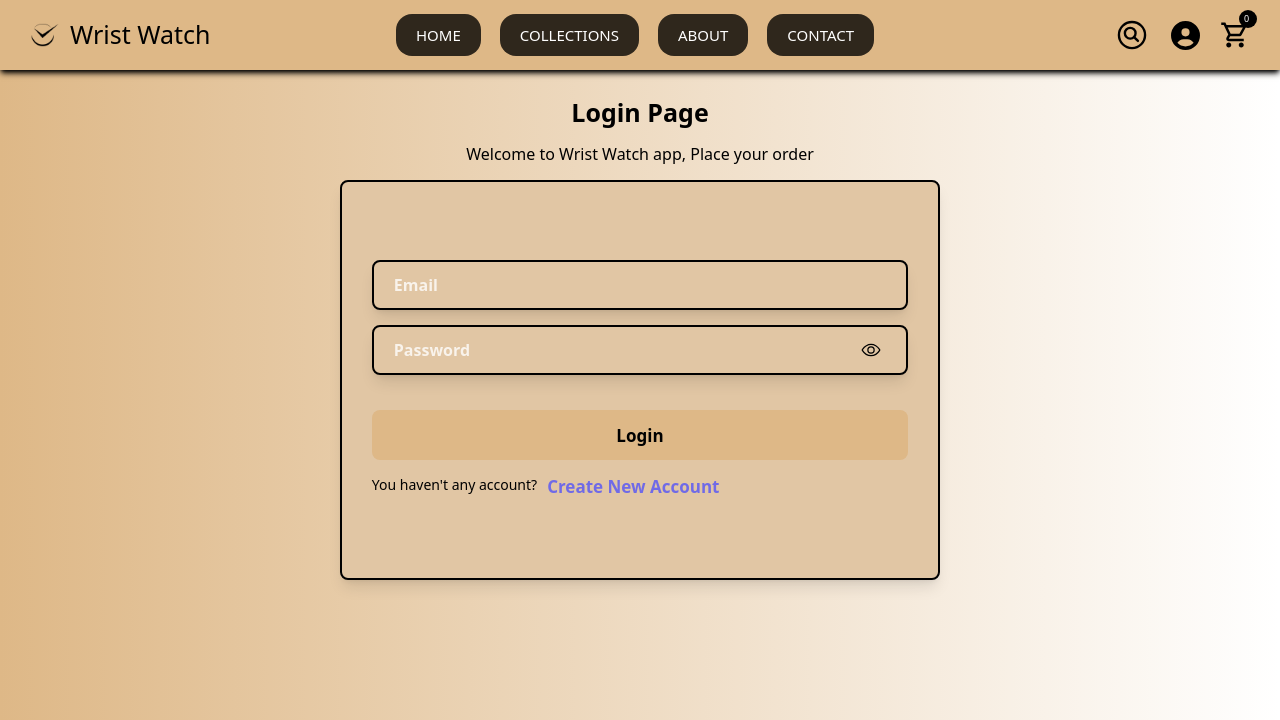
Repository: mansibhanushali/online_watch_ecommerce_mernstack_webapplication
Page: /login (app in frontend/)
An editor plug-in stored every save of this project. The page is shown before and after the next save, followed by the edit.
The browser window is 1280 px wide. The pictures show the whole page.
The page's requests for data from a server got no answer. The project was rebuilt for these pictures with package versions that can differ from the ones it lists, and the page was loaded fresh each time. No one was signed in, and anything a server would have sent is missing. Also part of the build but not shown: frontend/vite.config.js, frontend/src/component/Loading.jsx, frontend/src/pages/Registration.jsx, frontend/src/component/Backgound.jsx, frontend/src/component/Title.jsx, frontend/src/component/Card.jsx, frontend/src/component/LatestCollection.jsx, frontend/src/component/BestSeller.jsx and 13 more.

Above is the page before, as saved 2025-08-15 22:10:35.

### frontend/index.html
<!doctype html>
<html lang="en">
  <head>
    <meta charset="UTF-8" />
    <link rel="icon" type="image/svg+xml" href="\logo1.png" />
    <meta name="viewport" content="width=device-width, initial-scale=1.0" />
    <title>Wristwatch</title>
  </head>
  <body>
    <div id="root"></div>
    <script type="module" src="/src/main.jsx"></script>
  </body>
</html>

### frontend/src/main.jsx
// src/main.jsx
import React from 'react';
import { createRoot } from 'react-dom/client';
import { BrowserRouter } from 'react-router-dom';
import './index.css';

import App from './App.jsx';
import AuthContext from './context/authContext.jsx';
import UserContextProvider from './context/UserContext.jsx';
import ShopContext from './context/ShopContext.jsx';

createRoot(document.getElementById('root')).render(
  <React.StrictMode>
    <BrowserRouter>
      <AuthContext>
        <UserContextProvider>
          <ShopContext>
            <App />
          </ShopContext>
        </UserContextProvider>
      </AuthContext>
    </BrowserRouter>
  </React.StrictMode>
);

### frontend/src/index.css
@import "tailwindcss";

body {
  @apply bg-white min-h-screen;
}

### frontend/src/App.jsx
import React, { useContext } from 'react';
import { Navigate, Route, Routes, useLocation } from 'react-router-dom';
import Registration from './pages/Registration';
import Home from './pages/Home';
import Login from './pages/Login';
import Nav from './component/Nav';
import { userDataContext } from './context/UserContext';
import About from './pages/About';
import Collections from './pages/Collections';
import Product from './pages/Product';
import Contact from './pages/Contact';
import ProductDetail from './pages/ProductDetail';
import Cart from './pages/Cart';
import PlaceOrder from './pages/PlaceOrder';
import Order from './pages/Order';
import { ToastContainer } from 'react-toastify';
import NotFound from './pages/NotFound';

function App() {
  const { userData } = useContext(userDataContext);
  const location = useLocation();

  // Protected route wrapper
  const ProtectedRoute = (Component) => {
    return userData ? (
      Component
    ) : (
      <Navigate to="/login" state={{ from: location.pathname }} />
    );
  };

  return (
    <>
      <ToastContainer />
      <Nav />
      <Routes>
        {/* Public Routes */}
        <Route path="/" element={<Home />} />
        <Route path="/about" element={<About />} />
        <Route path="/collection" element={<Collections />} />
        <Route path="/collection/:category" element={<Collections />} />
        <Route path="/product" element={<Product />} />
        <Route path="/contact" element={<Contact />} />

        {/* Auth Routes */}
        <Route
          path="/login"
          element={
            userData ? (
              <Navigate to={location.state?.from || '/'} />
            ) : (
              <Login />
            )
          }
        />
        <Route
          path="/signup"
          element={
            userData ? (
              <Navigate to={location.state?.from || '/'} />
            ) : (
              <Registration />
            )
          }
        />

        {/* Protected Routes */}
        <Route
          path="/productdetail/:productId"
          element={ProtectedRoute(<ProductDetail />)}
        />
        <Route path="/cart" element={ProtectedRoute(<Cart />)} />
        <Route path="/placeorder" element={ProtectedRoute(<PlaceOrder />)} />
        <Route path="/order" element={ProtectedRoute(<Order />)} />

        {/* 404 Fallback */}
        <Route path="*" element={<NotFound />} />
      </Routes>
    </>
  );
}

export default App;

### frontend/src/context/AuthContext.jsx
// src/context/AuthContext.jsx
import React, { createContext, useReducer, useEffect } from "react";
import axios from "axios";

const initialState = {
  user: null,
  token: null,
  isAuthenticated: false,
};

function reducer(state, action) {
  switch (action.type) {
    case "LOGIN":
      return {
        ...state,
        user: action.payload.user,
        token: action.payload.token,
        isAuthenticated: true,
      };
    case "LOGOUT":
      return initialState;
    default:
      return state;
  }
}

export const authDataContext = createContext();

function AuthContext({ children }) {
  const serverUrl = "http://localhost:8000";

  const [state, dispatch] = useReducer(reducer, initialState, () => {
    const token = localStorage.getItem("token");
    const user = localStorage.getItem("user");
    return token && user
      ? { token, user: JSON.parse(user), isAuthenticated: true }
      : initialState;
  });

  // axios defaults setup (runs whenever token changes)
  useEffect(() => {
    axios.defaults.baseURL = serverUrl;
    axios.defaults.withCredentials = true;

    if (state.token) {
      axios.defaults.headers.common["Authorization"] = `Bearer ${state.token}`;
      localStorage.setItem("token", state.token);
      localStorage.setItem("user", JSON.stringify(state.user));
    } else {
      delete axios.defaults.headers.common["Authorization"];
      localStorage.removeItem("token");
      localStorage.removeItem("user");
    }
  }, [state.token, state.user]);

  // Fetch current user from backend
  const fetchCurrentUser = async (token) => {
    try {
      const res = await axios.get("/api/user/getcurrentuser", {
        headers: { Authorization: `Bearer ${token}` }
      });
      return res.data;
    } catch (err) {
      console.error("Fetch current user error:", err.response?.data || err.message);
      return null;
    }
  };

  // Login and fetch user
  const login = async ({ token }) => {
    const user = await fetchCurrentUser(token);
    if (user) {
      dispatch({ type: "LOGIN", payload: { token, user } });
    }
  };

  const logout = () => dispatch({ type: "LOGOUT" });

  // Auto login when page refreshes
  useEffect(() => {
    const autoLogin = async () => {
      if (state.token && !state.user) {
        const user = await fetchCurrentUser(state.token);
        if (user) {
          dispatch({ type: "LOGIN", payload: { token: state.token, user } });
        }
      }
    };
    autoLogin();
  }, []);

  return (
    <authDataContext.Provider value={{ serverUrl, ...state, login, logout }}>
      {children}
    </authDataContext.Provider>
  );
}

export default AuthContext;

### frontend/src/context/UserContext.jsx
// src/context/UserContext.jsx
import React, { createContext, useContext, useEffect, useState } from 'react';
import { authDataContext } from './AuthContext';
import axios from 'axios';

export const userDataContext = createContext();

function UserContextProvider({ children }) {
  const [userData, setUserData] = useState(null);
  const { serverUrl } = useContext(authDataContext);

  const getCurrentUser = async () => {
    try {
      // ✅ Cookie-based request
      const result = await axios.get(`${serverUrl}/api/user/getcurrentuser`, {
        withCredentials: true, // Cookie automatically send होगी
      });

      if (result.data?.success) {
        setUserData(result.data.user);
      } else {
        setUserData(null);
      }
    } catch (error) {
      setUserData(null);
      console.error("getCurrentUser error:", error);
    }
  };

  // 🔹 Page load pe call
  useEffect(() => {
    getCurrentUser();
  }, []);

  return (
    <userDataContext.Provider value={{ userData, setUserData, getCurrentUser }}>
      {children}
    </userDataContext.Provider>
  );
}

export default UserContextProvider;

### frontend/src/context/ShopContext.jsx
import React, { createContext, useContext, useEffect, useState, useCallback } from 'react';
import { authDataContext } from './authContext';
import { userDataContext } from './UserContext';
import axios from 'axios';
import { toast } from 'react-toastify';

export const shopDataContext = createContext();

function ShopContextProvider({ children }) {
  const [products, setProducts] = useState([]);
  const [search, setSearch] = useState('');
  const { userData } = useContext(userDataContext);
  const [showSearch, setShowSearch] = useState(false);
  const { serverUrl } = useContext(authDataContext);
  const [cartItem, setCartItem] = useState({});
  const [loading, setLoading] = useState(false);
  const [token, setToken] = useState(localStorage.getItem("token") || "");

  const currency = '₹';
  const delivery_fee = 40;

  // token sync
  useEffect(() => {
    const savedToken = localStorage.getItem("token");
    if (savedToken) {
      setToken(savedToken);
    }
  }, []);

  // ✅ Get products
  const getProducts = useCallback(async () => {
    if (!serverUrl) return;
    try {
      const result = await axios.get(`${serverUrl}/api/product/list`);
      setProducts(result.data);
    } catch (error) {
      console.error("Get Products Error:", error);
    }
  }, [serverUrl]);

  // ✅ Add to cart
  const addtoCart = async (itemId) => {
    let cartData = structuredClone(cartItem);
    cartData[itemId] = (cartData[itemId] || 0) + 1;
    setCartItem(cartData);

    if (userData && token) {
      setLoading(true);
      try {
        await axios.post(
          `${serverUrl}/api/cart/add`,
          { itemId },
          {
            headers: { Authorization: `Bearer ${token}` },
            withCredentials: true
          }
        );
      } catch (error) {
        console.error(error);
        toast.error("Add Cart Error");
      } finally {
        setLoading(false);
      }
    }
  };

  // ✅ Get user cart
  const getUserCart = useCallback(async () => {
    if (!token || !serverUrl) return;
    try {
      const result = await axios.post(
        `${serverUrl}/api/cart/get`,
        {},
        {
          headers: { Authorization: `Bearer ${token}` },
          withCredentials: true
        }
      );
      setCartItem(result.data || {});
    } catch (error) {
      console.error("Get User Cart Error:", error);
    }
  }, [serverUrl, token]);

  // ✅ Update cart item quantity
  const updateQuantity = async (itemId, quantity) => {
    let cartData = structuredClone(cartItem);
    cartData[itemId] = quantity;
    setCartItem(cartData);

    if (userData && token) {
      try {
        await axios.post(
          `${serverUrl}/api/cart/update`,
          { itemId, quantity },
          {
            headers: { Authorization: `Bearer ${token}` },
            withCredentials: true
          }
        );
      } catch (error) {
        console.error(error);
      }
    }
  };

  // ✅ Total cart items count
  const getCartCount = () => {
    return Object.values(cartItem).reduce((acc, qty) => acc + qty, 0);
  };

  // ✅ Total cart amount
  const getCartAmount = () => {
    let totalAmount = 0;
    for (const itemId in cartItem) {
      let itemInfo = products.find((product) => product._id === itemId);
      if (itemInfo && cartItem[itemId] > 0) {
        totalAmount += itemInfo.price * cartItem[itemId];
      }
    }
    return totalAmount;
  };

  // Fetch products and cart
  useEffect(() => {
    getProducts();
  }, [getProducts]);

  useEffect(() => {
    getUserCart();
  }, [getUserCart]);

  let value = {
    products,
    currency,
    delivery_fee,
    getProducts,
    search,
    setSearch,
    showSearch,
    setShowSearch,
    cartItem,
    addtoCart,
    getCartCount,
    setCartItem,
    updateQuantity,
    getCartAmount,
    loading,
    serverUrl,
    setToken,
    token
  };

  return (
    <shopDataContext.Provider value={value}>
      {children}
    </shopDataContext.Provider>
  );
}

export default ShopContextProvider;

### frontend/src/pages/Login.jsx
import React, { useState, useContext } from 'react';
import { useNavigate } from 'react-router-dom';
import { IoEyeOutline, IoEye } from "react-icons/io5";
import Logo from "../assets/logo.png";
import { authDataContext } from '../context/AuthContext';
import { userDataContext } from '../context/UserContext';
import Loading from '../component/Loading';
import axios from 'axios';
import { toast } from 'react-toastify';

function Login() {
  const [show, setShow] = useState(false);
  const [email, setEmail] = useState("");
  const [password, setPassword] = useState("");
  const [loading, setLoading] = useState(false);

  const { serverUrl, login } = useContext(authDataContext);
  const { getCurrentUser } = useContext(userDataContext);
  const navigate = useNavigate();

  const handleLogin = async (e) => {
    e.preventDefault();
    setLoading(true);

    try {
      const { data } = await axios.post(
        `${serverUrl}/api/auth/login`,
        { email, password },
        { withCredentials: true }
      );

      if (!data?.token || !data?.user) {
        toast.error("Invalid response from server");
        return;
      }

      // ✅ Context + LocalStorage me save hoga automatically via AuthContext
      login({ token: data.token, user: data.user });

      // ✅ User fresh data fetch karna (agar zarurat ho)
      await getCurrentUser(data.token);

      toast.success(`Welcome, ${data.user.name || "User"}!`);
      navigate("/");
    } catch (error) {
      toast.error(error.response?.data?.message || "User Login Failed");
    } finally {
      setLoading(false);
    }
  };

  return (
    <div className='w-[100vw] h-[100vh] bg-gradient-to-l from-[burlwood] to-[burlywood] text-black flex flex-col items-center justify-start'>
      {/* Logo */}
      <div
        className='w-full h-[80px] flex items-center px-[30px] gap-[10px] cursor-pointer'
        onClick={() => navigate("/")}
      >
        <img className='w-[40px]' src={Logo} alt="Logo" />
        <h1 className='text-[22px] font-sans'>Wrist Watch</h1>
      </div>

      {/* Heading */}
      <div className='w-full h-[100px] flex flex-col items-center justify-center gap-[10px]'>
        <span className='text-[25px] font-semibold'>Login Page</span>
        <span className='text-[16px]'>Welcome to Wrist Watch app, Place your order</span>
      </div>

      {/* Form */}
      <div className='max-w-[600px] w-[90%] h-[400px] bg-[#e1c6a4] border-2 border-[black] rounded-lg shadow-lg flex items-center justify-center'>
        <form onSubmit={handleLogin} className='w-[90%] flex flex-col items-center gap-[20px]'>
          <div className='w-full flex flex-col gap-[15px] relative'>
            <input
              type="email"
              className='w-full h-[50px] border-[2px] border-[black] rounded-lg shadow-lg bg-transparent placeholder-[#ffffffc7] px-[20px] font-semibold'
              placeholder='Email'
              required
              value={email}
              onChange={(e) => setEmail(e.target.value)}
            />

            <input
              type={show ? "text" : "password"}
              className='w-full h-[50px] border-[2px] border-[black] rounded-lg shadow-lg bg-transparent placeholder-[#ffffffc7] px-[20px] font-semibold'
              placeholder='Password'
              required
              value={password}
              onChange={(e) => setPassword(e.target.value)}
            />

            {show ? (
              <IoEye
                className='w-[20px] h-[20px] cursor-pointer absolute right-[5%] top-[80px]'
                onClick={() => setShow(!show)}
              />
            ) : (
              <IoEyeOutline
                className='w-[20px] h-[20px] cursor-pointer absolute right-[5%] top-[80px]'
                onClick={() => setShow(!show)}
              />
            )}

            <button
              type="submit"
              disabled={loading}
              className='w-full h-[50px] bg-[burlywood] rounded-lg mt-[20px] flex items-center justify-center text-[17px] font-semibold'
            >
              {loading ? <Loading /> : "Login"}
            </button>

            <p className='flex gap-[10px] text-sm'>
              You haven't any account?
              <span
                className='text-[#5555f6cf] text-[17px] font-semibold cursor-pointer'
                onClick={() => navigate("/signup")}
              >
                Create New Account
              </span>
            </p>
          </div>
        </form>
      </div>
    </div>
  );
}

export default Login;

Loaded but not shown: frontend/src/component/Nav.jsx (137 lines, source omitted)

After the next save:
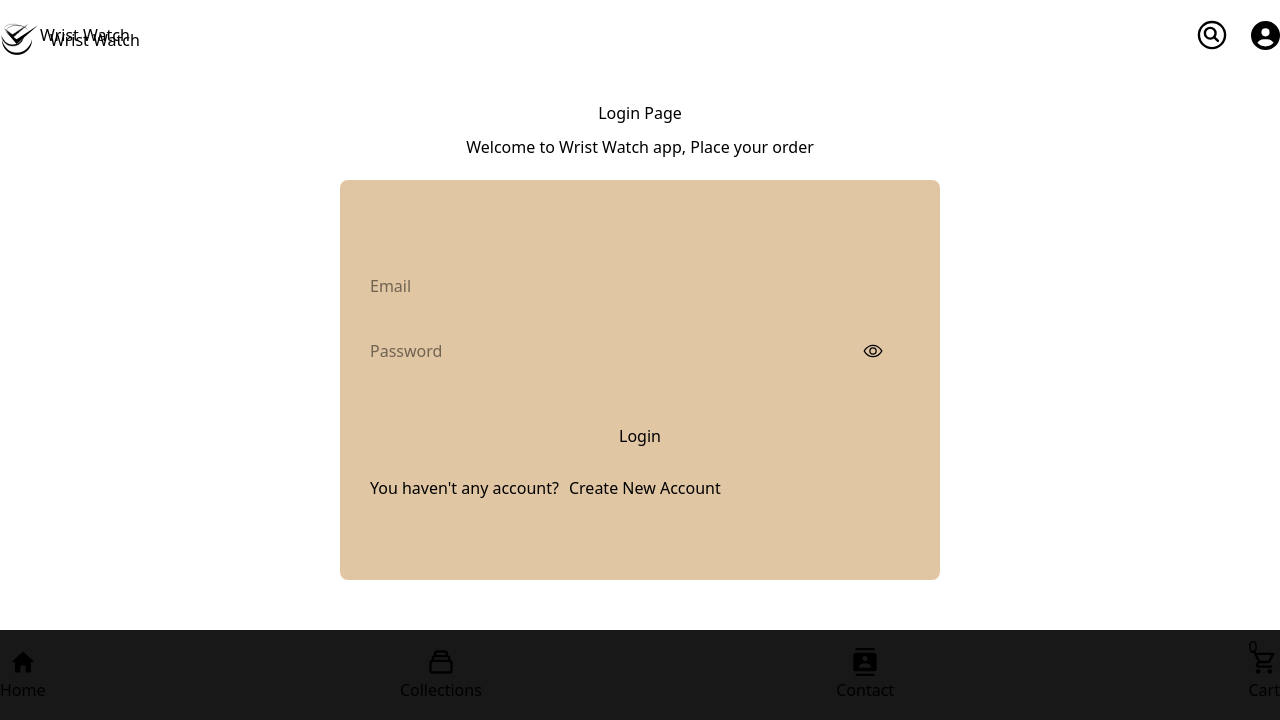
Saved 74 s later.
--- a/frontend/src/pages/Login.jsx
+++ b/frontend/src/pages/Login.jsx
@@ -103,7 +103,7 @@
             <button
               type="submit"
               disabled={loading}
-              className='w-full h-[50px] bg-[burlywood] rounded-lg mt-[20px] flex items-center justify-center text-[17px] font-semibold'
+              className='w-full h-[50px] bg-[[#d9ad75] rounded-lg mt-[20px] flex items-center justify-center text-[17px] font-semibold'
             >
               {loading ? <Loading /> : "Login"}
             </button>

After the save that followed:
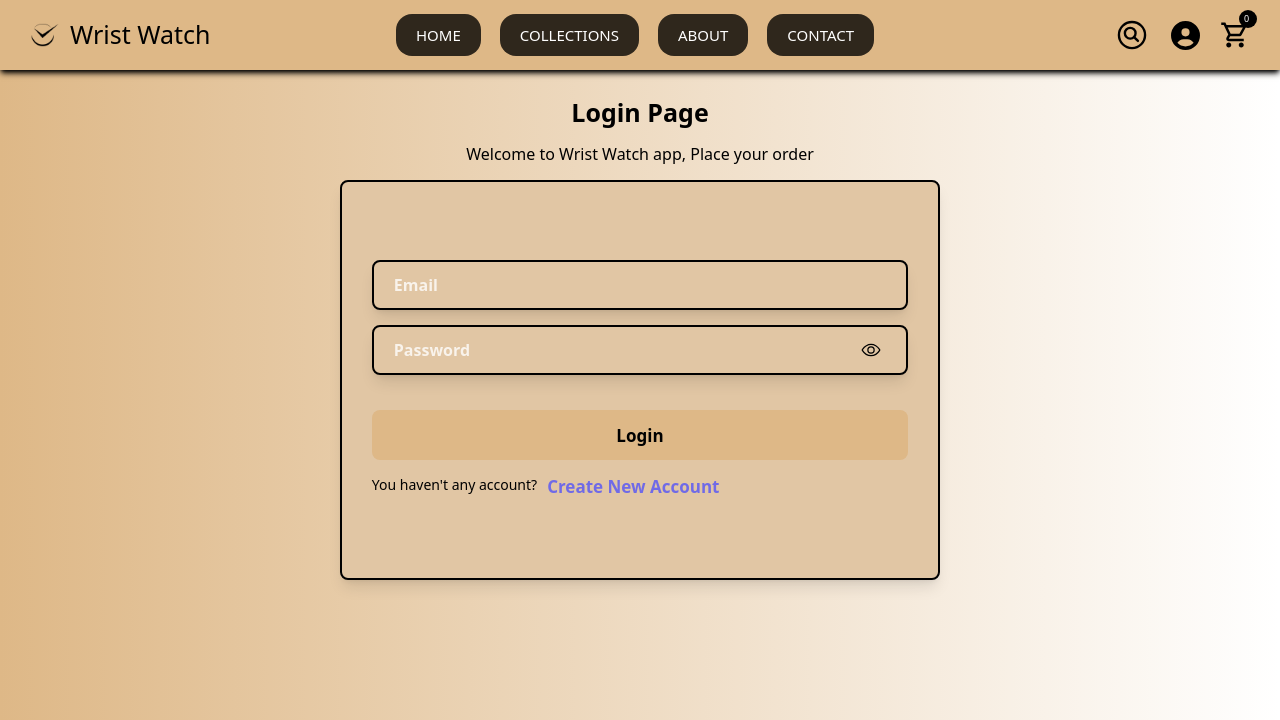
Saved 6 s later.
--- a/frontend/src/pages/Login.jsx
+++ b/frontend/src/pages/Login.jsx
@@ -103,7 +103,7 @@
             <button
               type="submit"
               disabled={loading}
-              className='w-full h-[50px] bg-[[#d9ad75] rounded-lg mt-[20px] flex items-center justify-center text-[17px] font-semibold'
+              className='w-full h-[50px] bg-[burlywood] rounded-lg mt-[20px] flex items-center justify-center text-[17px] font-semibold'
             >
               {loading ? <Loading /> : "Login"}
             </button>
